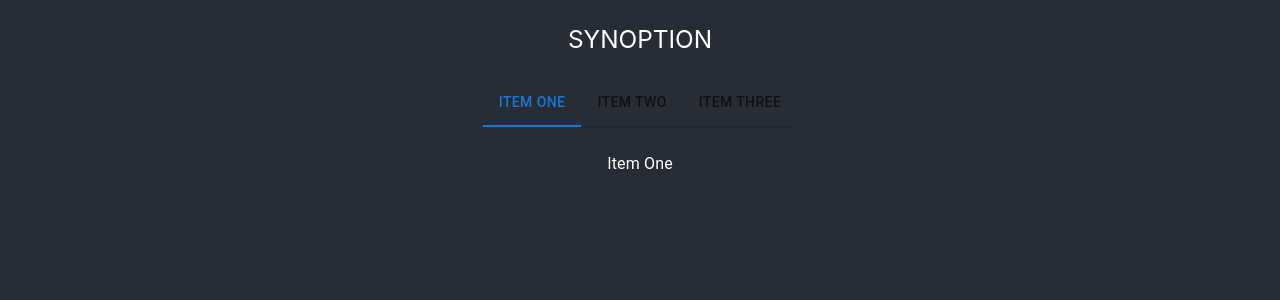
Repository: Kanika-tech/project-demo
Page: /
The author's editor kept a copy of each file at every save. The page is drawn from the files as they stood at one save, then again after the next save.
The browser window is 1280 px wide. The pictures show the whole page.
The project was rebuilt for these pictures with package versions that can differ from the ones it lists, and the page was loaded fresh each time.

Above is the page before, as saved 2021-12-11 21:11:34.

### src/App.js
import logo from './logo.svg';
import './App.css';
import Dashboard from './containers/Dashboard';

function App() {
  return (
    <div className="App App-header">
      <header className="">
        {/* <img src={logo} className="App-logo" alt="logo" /> */}
        <p>
         SYNOPTION
        </p>
        {/* <a
          className="App-link"
          href="https://reactjs.org"
          target="_blank"
          rel="noopener noreferrer"
        >
          Hello kanika, you are awesome
        </a> */}
      </header>
      <div>
        <Dashboard/>
      </div>
    </div>
  );
}

export default App;

### src/containers/Dashboard.jsx
import * as React from 'react';
import BasicTabs from '../components/BasicTabs';


export default function Dashboard() {
  return (
    <BasicTabs/>
  );
}

### src/components/BasicTabs.jsx
import * as React from 'react';
import PropTypes from 'prop-types';
import Tabs from '@mui/material/Tabs';
import Tab from '@mui/material/Tab';
import Typography from '@mui/material/Typography';
import Box from '@mui/material/Box';

function TabPanel(props) {
  const { children, value, index, ...other } = props;

  return (
    <div
      role="tabpanel"
      hidden={value !== index}
      id={`simple-tabpanel-${index}`}
      aria-labelledby={`simple-tab-${index}`}
      {...other}
    >
      {value === index && (
        <Box sx={{ p: 3 }}>
          <Typography>{children}</Typography>
        </Box>
      )}
    </div>
  );
}

TabPanel.propTypes = {
  children: PropTypes.node,
  index: PropTypes.number.isRequired,
  value: PropTypes.number.isRequired,
};

function a11yProps(index) {
  return {
    id: `simple-tab-${index}`,
    'aria-controls': `simple-tabpanel-${index}`,
  };
}

export default function BasicTabs() {
  const [value, setValue] = React.useState(0);

  const handleChange = (event, newValue) => {
    setValue(newValue);
  };

  return (
    <Box sx={{ width: '100%' }}>
      <Box sx={{ borderBottom: 1, borderColor: 'divider' }}>
        <Tabs value={value} onChange={handleChange} aria-label="basic tabs example">
          <Tab label="Item One" {...a11yProps(0)} />
          <Tab label="Item Two" {...a11yProps(1)} />
          <Tab label="Item Three" {...a11yProps(2)} />
        </Tabs>
      </Box>
      <TabPanel value={value} index={0}>
        Item One
      </TabPanel>
      <TabPanel value={value} index={1}>
        Item Two
      </TabPanel>
      <TabPanel value={value} index={2}>
        Item Three
      </TabPanel>
      <TabPanel value={value} index={3}>
        Item Three
      </TabPanel>
      <TabPanel value={value} index={4}>
        Item Three
      </TabPanel>
    </Box>
  );
}

Loaded but not shown: public/index.html (common file); src/index.js (common file); src/index.css (common file); src/reportWebVitals.js (common file); src/App.css (common file)

After the next save:
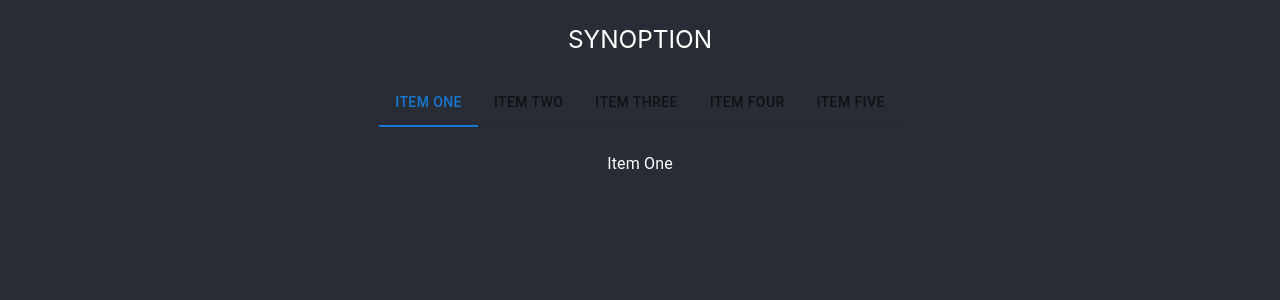
Saved 58 s later.
--- a/src/components/BasicTabs.jsx
+++ b/src/components/BasicTabs.jsx
@@ -52,6 +52,8 @@
           <Tab label="Item One" {...a11yProps(0)} />
           <Tab label="Item Two" {...a11yProps(1)} />
           <Tab label="Item Three" {...a11yProps(2)} />
+          <Tab label="Item Four" {...a11yProps(3)} />
+          <Tab label="Item Five" {...a11yProps(4)} />
         </Tabs>
       </Box>
       <TabPanel value={value} index={0}>
